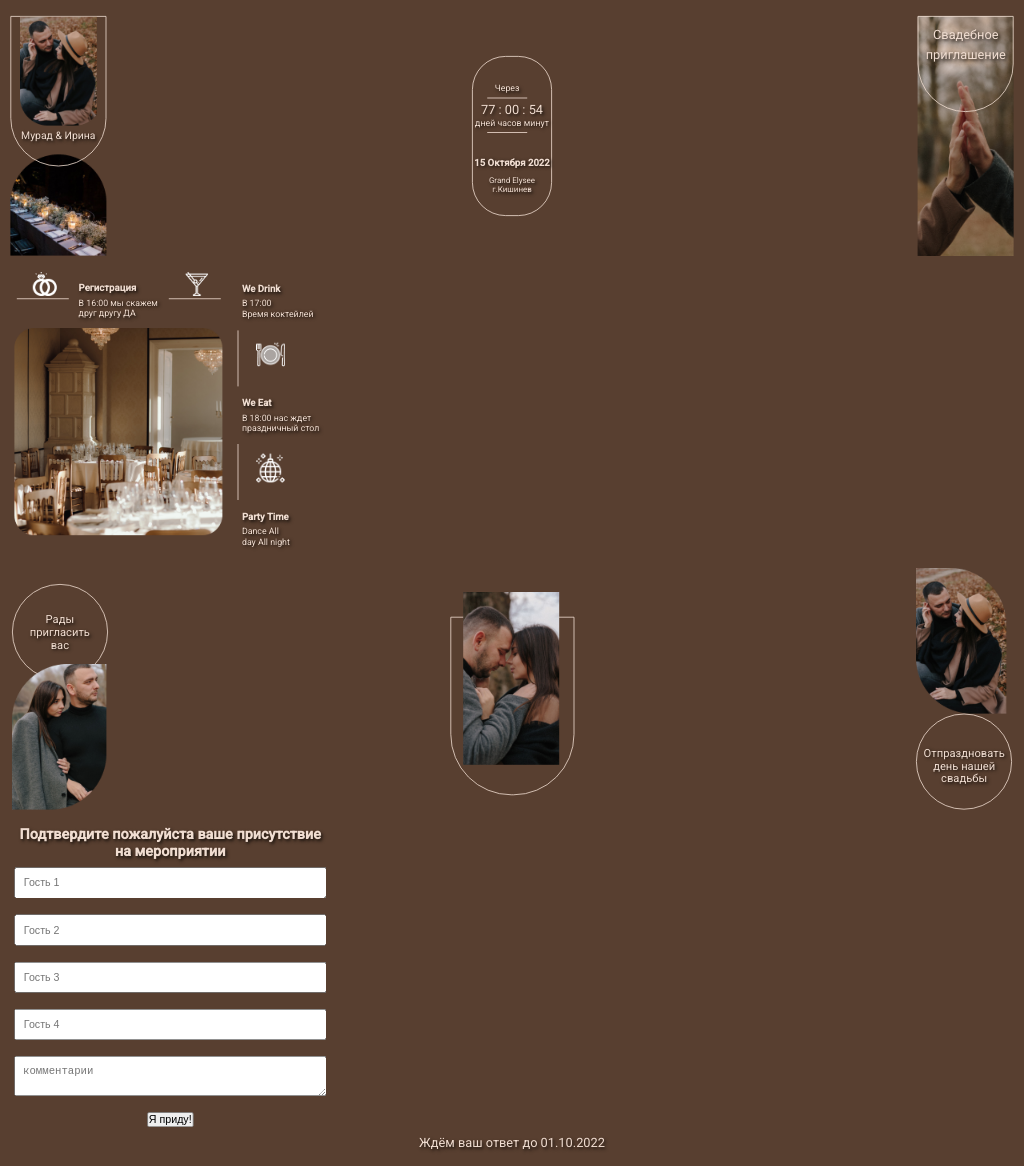
Repository: Anthony8845/wedding_invitation
Page: index.html
The author's editor kept a copy of each file at every save. The page is drawn from the files as they stood at one save, then again after the next save.
The browser window is 1280 px wide. The pictures show the whole page, at 80% of full size.
Some web fonts or font styles are not loaded; a fallback is used.

Above is the page before, as saved 2022-07-30 12:43:17.

### index.html
<!DOCTYPE html>
<html lang="en">
<head>
    <meta charset="UTF-8">
    <meta http-equiv="X-UA-Compatible" content="IE=edge">
    <meta name="viewport" content="width=device-width, user-scalable=yes">
    <link rel="stylesheet" href="./style.css">
    <script defer src="./script.js"></script>
    <title>Приглашение на свадьбу</title>
</head>
<body>

    <div class="invitation">
        <div class="info">
            <div class="info_block">
                <div class="info_border">
                    <div class="info_img-u"></div>
                    <div class="info_name">Мурад & Ирина</div>
                </div>
                <div class="info_img-d"></div>
            </div>
            <div class="info_block">
                <div class="block__data">
                    <div class="container">
                        <span class="bord">Через</span>
                        <p id="timer">
                            <span id="timer-days"></span>
                            <span id="timer-hours"></span>
                            <span id="timer-mins"></span>
                            <br>
                        </p>
                        <div >
                            <span>дней</span>
                            <span>часов</span>
                            <span>минут</span>
                        </div>
                       <div class="date_border"></div>
                    </div>
                    <div class="info_date">
                        <h4>15 Октября 2022</h4>
                        <p>Grand Elysee <br>
                            г.Кишинев</p>
                    </div>
                </div>
            </div>
            <div class="info_block">
                <div class="info_invitation">Свадебное<br>приглашение</div>
                <div class="info_img-r"></div>
            </div>

        </div>
        <div class="timetable">
            <div class="timetable_block">
                <div class="block_icon">
                    <div class="icon_reg icon"></div>
                    <div class="line_icon-d"></div>
                </div>
                <div class="block_reg">
                    <h4>Регистрация</h4>
                    <p>В 16:00 мы скажем <br> друг другу ДА</p>
                </div>
                <div class="block_icon">
                    <div class="icon_drink icon"></div>
                    <div class="line_icon-d"></div>
                </div>

            </div>
            <div class="timetable_block">
                <div class="img_table"></div>
            </div>
            <div class="timetable_block">
                <div class="block_drink">
                    <h4>We Drink</h4>
                    <p>В 17:00<br> Время коктейлей</p>
                </div>
                <div class="block_icon">
                    <div class="icon_eat icon"></div>
                    <div class="line_icon-l"></div>
                </div>

                <div class="block_eat">
                    <h4>We Eat</h4>
                    <p>В 18:00 нас ждет <br> праздничный стол</p>
                </div>

                <div class="block_icon">
                    <div class="icon_party icon"></div>
                    <div class="line_icon-l"></div>
                </div>

                <div class="block_party">
                    <h4>Party Time</h4>
                    <p>Dance All<br> day All night</p>
                </div>
            </div>
        </div>
        <div class="thanks">
            <div class="thanks_one">
                <div class="one_border">Рады <br> пригласить <br> вас</div>
                <div class="one_img"></div>
            </div>
            <div class="thanks_two">
                <div class="two_img"></div>
                <div class="two_border"></div>
            </div>
            <div class="thanks_three">
                <div class="three_img"></div>
                <div class="three_border">Отпраздновать <br> день нашей <br> свадьбы</div>
            </div>
        </div>
        <div class="contain">
            <form class="form"  action="mail.php"  method="POST" >
                <h2 class="form__header">Подтвердите пожалуйста ваше присутствие на мероприятии</h2>
                <input class="form__input_item" type="text" name="Guest1" placeholder="Гость 1">
                <input class="form__input_item" type="text" name="Guest2" placeholder="Гость 2">
                <input class="form__input_item" type="text" name="Guest3" placeholder="Гость 3">
                <input class="form__input_item" type="text" name="Guest4" placeholder="Гость 4">
                <textarea class="form__comment" name="Comment" placeholder="комментарии"></textarea>
                <button class="form__btn">Я приду!</button>
            </form>
        </div>

        <div class="footer">Ждём ваш ответ до 01.10.2022</div>
    </div>
</body>
</html>

### style.css

@import url('https://fonts.googleapis.com/css2?family=Exo+2:wght@100&family=Roboto:wght@400;500&display=swap');

* {
    box-sizing: border-box;
    margin: 0;
    padding: 0;
}

body{
    color: rgb(240, 221, 209);
    font-family: 'Roboto', 'sans-serif';
    padding: 20px 0;
    background-color: rgb(88, 63, 48);
    text-shadow: 2px 2px 4px rgb(26, 19, 14)
}



.invitation {
    display: flex;
    flex-direction: column;
    margin: 0 1% 0 1%;
}
.info {
    text-align: center;
    margin-bottom: 20px;
    display: flex;
    justify-content: space-between;
    color: rgb(240, 221, 209);
    ;
}
.info_block .block__data{
    display: flex;
    justify-content: center;
    align-items: center;
   margin-top: 50px;
}
.info_border {
    width: 120px;
    position: absolute;
    border: 1px solid rgb(240, 221, 209);
    padding-bottom: 30px;
    border-radius: 0 0 60px 60px;

}
.info_img-u {
    width: 120px;
    height: 136px;
    background: url(./img/IMG_2.png) no-repeat;
    margin-left: auto;
    margin-right: auto;
    width: 6em;
    margin-bottom: 5px;


}
.info_name {
    font-size: 13px;
}
.info_img-d {
    margin-top: 173px;
    width: 120px;
    height: 127px;
    background: url(./img/Image.png) no-repeat;
}

.info_img-r {
    width: 120px;
    height: 300px;
    background: url(./img/IMG_104-300.png) no-repeat;
    background-size: cover;
}


.block__data {
    font-size: 11px;
    display: flex;
    flex-direction: column;
    /* vertical-align: middle; */
    width: 100px;
    height: 200px;
    border: 1px solid rgb(240, 221, 209);
    border-radius: 42px;
}
.container{
    font-size: 11px;
}

.container #timer{
    font-size: 16px;
    /* display: flex;
    flex-direction: row; */
}

.info_timer {

}
#timer {
    padding: 5px 0 0 0;
}

.bord {
    display: block;
    width: 50px;
    padding: 5px 0;
    margin-left: 15px;
    border-bottom: 1px solid rgb(240, 221, 209);
}

.date_border {
    width: 50px;
    margin-left: 15px;
    padding: 0 0 5px 0;
    border-bottom: 1px solid rgb(240, 221, 209);
}

.info_date {
    margin-top: 30px;
    font-size: 10px;
}
.info_date h4 {
    font-size: 12px;
    padding-bottom: 10px;
}

.info_invitation{
    width: 120px;
    height: 120px;
    position: absolute;
    border: 1px solid rgb(240, 221, 209);
    border-radius: 0 0 60px 60px;
    padding-top: 10px;
    line-height: 25px;
}

.icon {
    width: 30px;
    height: 30px;
}

.block_icon{
    padding: 0 0 0 23px;
    width: 70px;
    height: 70px;
}

.line_icon-d{
    width: 65px;
    position: relative;
    right: 20px;
    padding-top: 3px;
    border-bottom: 1px solid rgb(240, 221, 209);
}
.line_icon-l{

}

.timetable {
    margin-left: 5px;
    font-size: 11px;
    color: rgb(240, 221, 209);
    max-width: 390px;
    height: 350px;
    display: flex;
    flex-direction: column;
    flex-wrap: wrap;

}
.timetable_block {
    /* text-align: center; */
    max-width: 260px;
    display: flex;
    justify-content: space-between;
}



.timetable_block:last-child {
    margin-top: 14px;
    margin-left: 1em;
    height: 330px;
    display: flex;
    flex-direction: column;
    /* justify-content: space-between; */
}

.timetable_block:last-child .block_icon{
    border-left: 1px solid rgb(240, 221, 209);
    padding: 12px 2px 0 22px;
    /* height: 30px; */
}

.timetable_block:last-child .icon {
    width: 36px;
    height: 36px;
}

.timetable_block h4 {
    font-size: 12px;
    padding-bottom: 5px;
}

.icon_reg {

    background: url(./img/wedding-rings.png) no-repeat ;
    background-size: contain;
}
.block_reg {
   padding-top: 5%;
}
.icon_drink {

    background: url(./img/martini.png) no-repeat;
    background-size: contain;
}
.img_table {
    width: 260px;
    height: 259px;
    background: url(./img/interior.png);
}
.block_drink {
    padding-left: 5px;
}
.icon_eat {
    background: url(./img/dish.png) no-repeat;
    background-size: contain;
}
.block_eat {
    padding-left: 5px;
}
.icon_party {
    background: url(./img/mirror-ball.png);
    background-size: contain;
}
.block_party {
    padding-left: 5px;
}
.thanks{
    font-size: 14px;
    margin: 20px 2px;
    color: rgb(240, 221, 209);
    display: flex;
    flex-direction: row;
    justify-content: space-between;
}
.thanks_one {
    width: 120px;
    height: 300px;
}
.one_border {
    position: relative;
    top: 20px;
    display: flex;
    justify-content: center;
    align-items: center;
    text-align: center;
    width: 120px;
    height: 120px;

    border: 1px solid rgb(240, 221, 209);
    border-radius: 50%;
    z-index: 0;
}
.one_img {
    position: relative;
    width: 118px;
    height: 182px;
    background: url(./img/IMG1.png);
    z-index: 1;
}
.thanks_two {
    position: relative;
}
.two_border {
    position: absolute;
    left: -17px;
    bottom: 18px;
    width: 155px;
    height: 223px;
    z-index: 0;
    border: 1px solid rgb(240, 221, 209);
    border-radius: 0 0 76px 76px;
}
.two_img {
    position: relative;
    left: -1px;
    top: 30px;
    width: 120px;
    height: 216px;
    background: url(./img/IMG2.png) no-repeat;
    background-size: cover;
    z-index: 1;
}
.thanks_three {
    position: relative;
}
.three_border {
    display: flex;
    padding-top: 10px;
    justify-content: center;
    align-items: center;
    text-align: center;
    width: 120px;
    height: 120px;
    border: 1px solid rgb(240, 221, 209);
    border-radius: 50%;
}
.three_img {
    width: 113px;
    height: 182px;
    background: url(./img/IMG3.png);
}

.contain{
    width: 400px;

}

.form {
    color: rgb(240, 221, 209);
    text-align: center;
    display: flex;
    flex-direction: column;
    justify-content: center;

}

.form::after {
    content: '';
    position: absolute;
    top: 0;
    left: 0;
    width: 100%;
    height: 100%;
    background: #767676 url(./img/heart.gif) center /50px no-repeat;
    opacity: 0;
    visibility: hidden;
}

.form._sending::after {
    opacity: 0.8;
    visibility: visible;
}


.form__header {
    font-size: 18px;
}

.form__input_item {
    margin: 10px 5px;
    padding: 10px 10px;

}

.form__comment {
    padding: 10px 10px;
    margin: 10px 5px;
    resize: vertical;
    height: 50px;
}

.form__btn {
    margin: 0 auto;
    margin-top: 10px;
    max-width: 70px;
}

.footer {
    margin-top: 10px;
    text-align: center;
}

### script.js
var endDate = new Date("Oct 15, 2022 12:00:00").getTime();
var timer = setInterval(function() {
    let now = new Date().getTime();
    let t = endDate - now;

    if (t >= 0) {

        let days = Math.floor(t / (1000 * 60 * 60 * 24));
        let hours = Math.floor((t % (1000 * 60 * 60 * 24)) / (1000 * 60 * 60));
        let mins = Math.floor((t % (1000 * 60 * 60)) / (1000 * 60));


        document.getElementById("timer-days").innerHTML = days +
        "<span class='label'> :</span>";

        document.getElementById("timer-hours").innerHTML = ("0"+hours).slice(-2) +
        "<span class='label'> :</span>";

        document.getElementById("timer-mins").innerHTML = ("0"+mins).slice(-2) +
        "<span class='label'></span>";


    } else {
        document.getElementById("timer").innerHTML = "The countdown is over!";

    }

}, 1000);


// 'use strict'

// document.addEventListener('DOMContentLoaded', function () {
//     const form = document.querySelector('.form');

//     form.addEventListener('submit', formSend);

//     async function formSend(e) {
//         e.preventDefault();

//         let formData = new FormData(form)


//         form.classList.add('_sending')

//         let responce = await fetch('send.php', {
//             method: 'POST',
//             body: formData
//         })
//         console.log(responce)
//         if(responce.ok) {
//             let result = await responce.json();
//             console.log(result.message)
//             form.reset()
//             form.classList.remove('_sending')

//         }else{
//             alert('Error бл')
//         }
//     }
// })

After the next save:
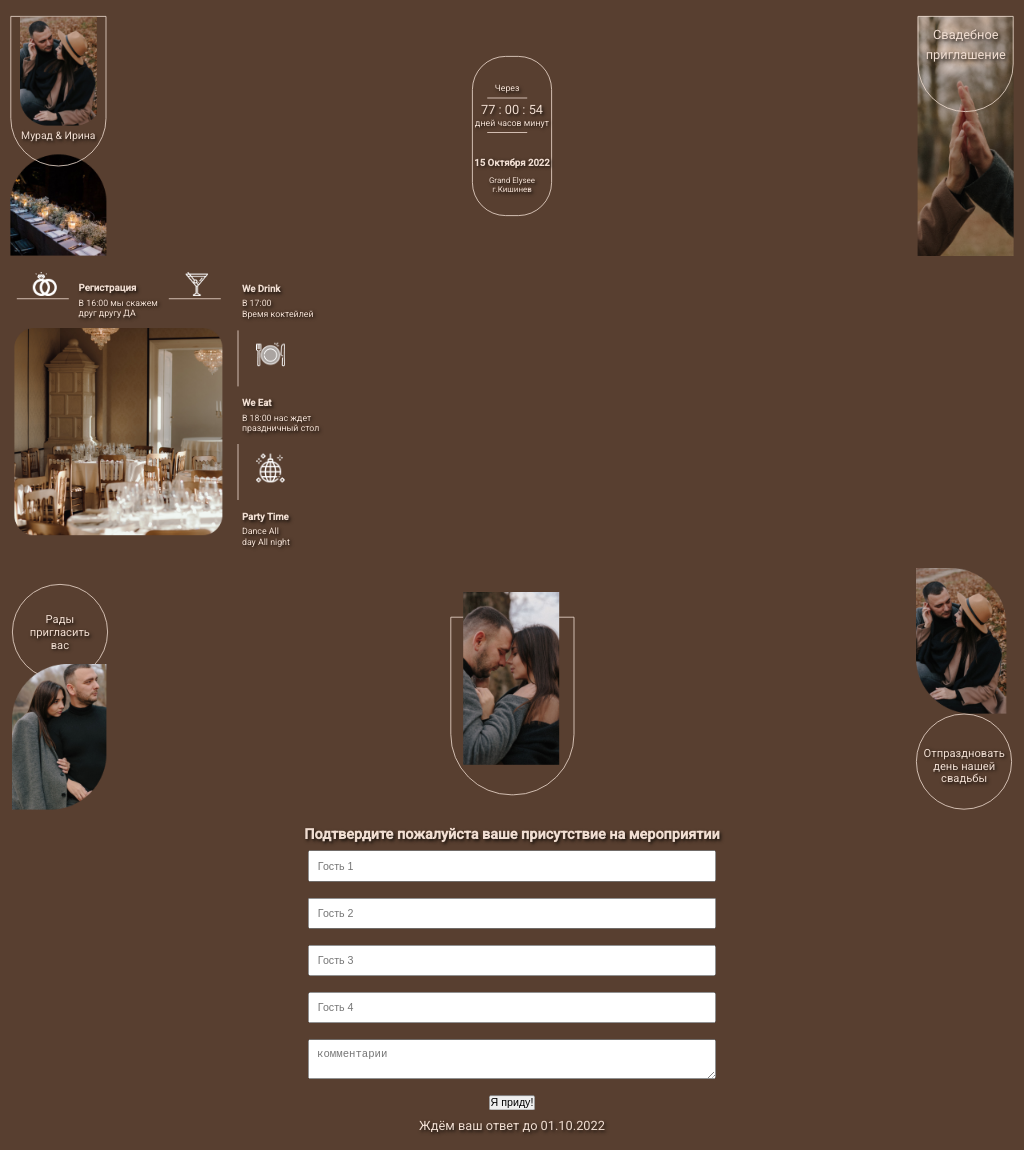
Saved 43 s later.
--- a/style.css
+++ b/style.css
@@ -313,7 +313,8 @@ body{
 }
 
 .contain{
-    width: 400px;
+    display: flex;
+    justify-content: center;
 
 }
 
